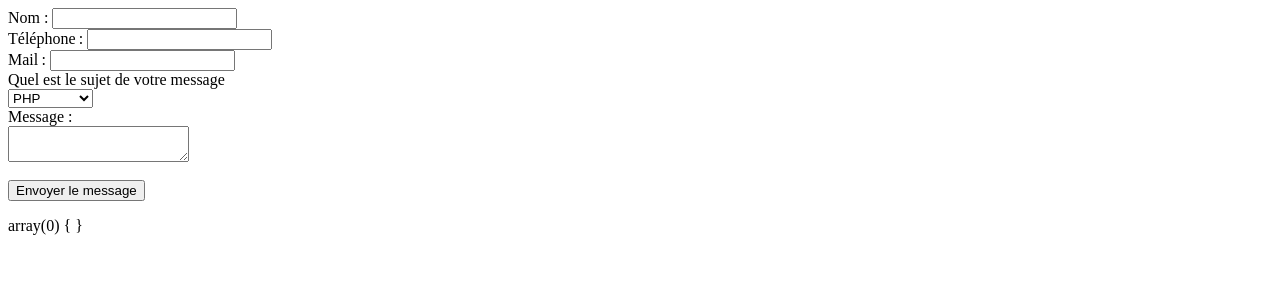
Repository: Val712/quete-Formulaires
Page: http://localhost/form.php
The author's editor kept a copy of each file at every save. The page is drawn from the files as they stood at one save, then again after the next save.
The browser window is 1280 px wide. The pictures show the whole page.
The page is run by PHP 8.4 with error messages shown; the project is at /var/www/html/.

Above is the page before, as saved 2019-08-25 02:41:52.

### form.php
<form  action="form.php"  method="post">
    <div>
        <label for="name">Nom :</label>
        <input type="text" id="name" name="user_name" value="">
    </div>
    <div>
        <label for="tel">Téléphone :</label>
        <input type="tel" id="tel" name="user_tel">
    </div>
    <div>
        <label for="mail">Mail :</label>
        <input type="email" id="mail" name="user_mail">
    </div>

    <label for="sujet">Quel est le sujet de votre message</label><br />
       <select name="sujet" id="sujet">
           <option value="PHP">PHP</option>
           <option value="Symphony">Symphony</option>
           <option value="MYSQL">MYSQL</option>
           <option value="Unix">Unix</option>
           <option value="Integration">Intégration</option>
           <option value="git">Git</option>
           <option value="CSS">CSS</option>
           <option value="HTML">HTML</option>
       </select>

    <div>
        <label for="msg">Message :</label> </br>
        <textarea id="msg" name="user_message"></textarea>
    </div> </br>

    <div class="button">
        <button type="submit">Envoyer le message</button>
    </div>
</form>


<?php
  var_dump($_POST);
?>

After the next save:
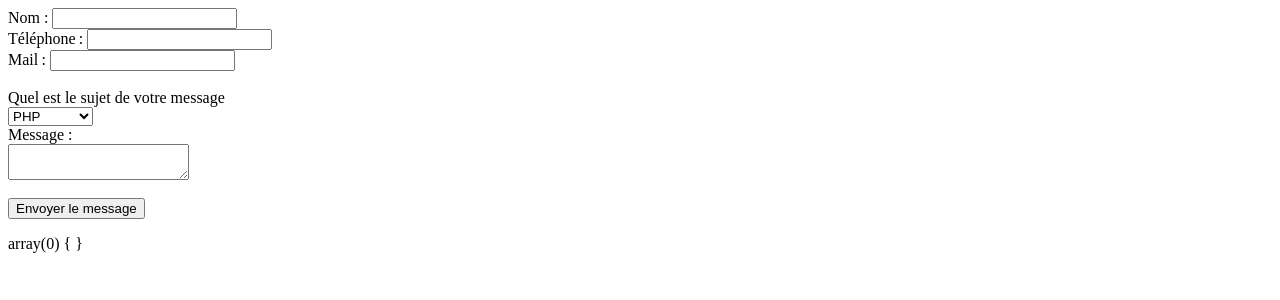
Saved 74 s later.
--- a/form.php
+++ b/form.php
@@ -10,7 +10,7 @@
     <div>
         <label for="mail">Mail :</label>
         <input type="email" id="mail" name="user_mail">
-    </div>
+    </div></br>
 
     <label for="sujet">Quel est le sujet de votre message</label><br />
        <select name="sujet" id="sujet">
@@ -22,7 +22,7 @@
            <option value="git">Git</option>
            <option value="CSS">CSS</option>
            <option value="HTML">HTML</option>
-       </select>
+       </select></br>
 
     <div>
         <label for="msg">Message :</label> </br>
